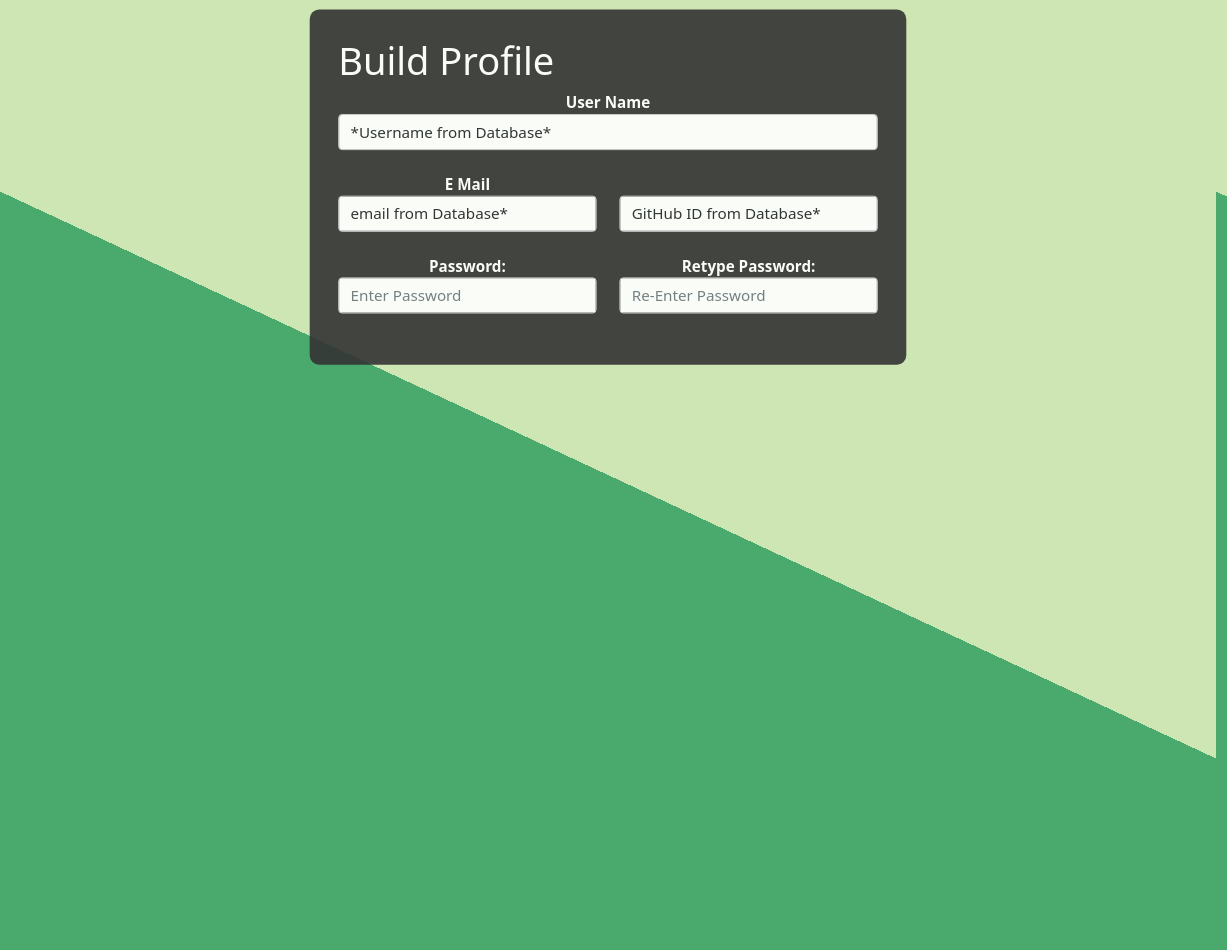
Repository: poornasyamasundar/Software-Project-Manager
Page: SoftwareManager/Templates/editprofile.html
An editor plug-in stored every save of this project. The page is shown before and after the next save, followed by the edit.
The browser window is 1280 px wide. The page is 1292 px wide, so the pictures cover 1292 px, including what lies to the right of the window. The pictures show the whole page, at 95% of full size.

Above is the page before, as saved 2021-11-15 13:01:11.

After the next save:
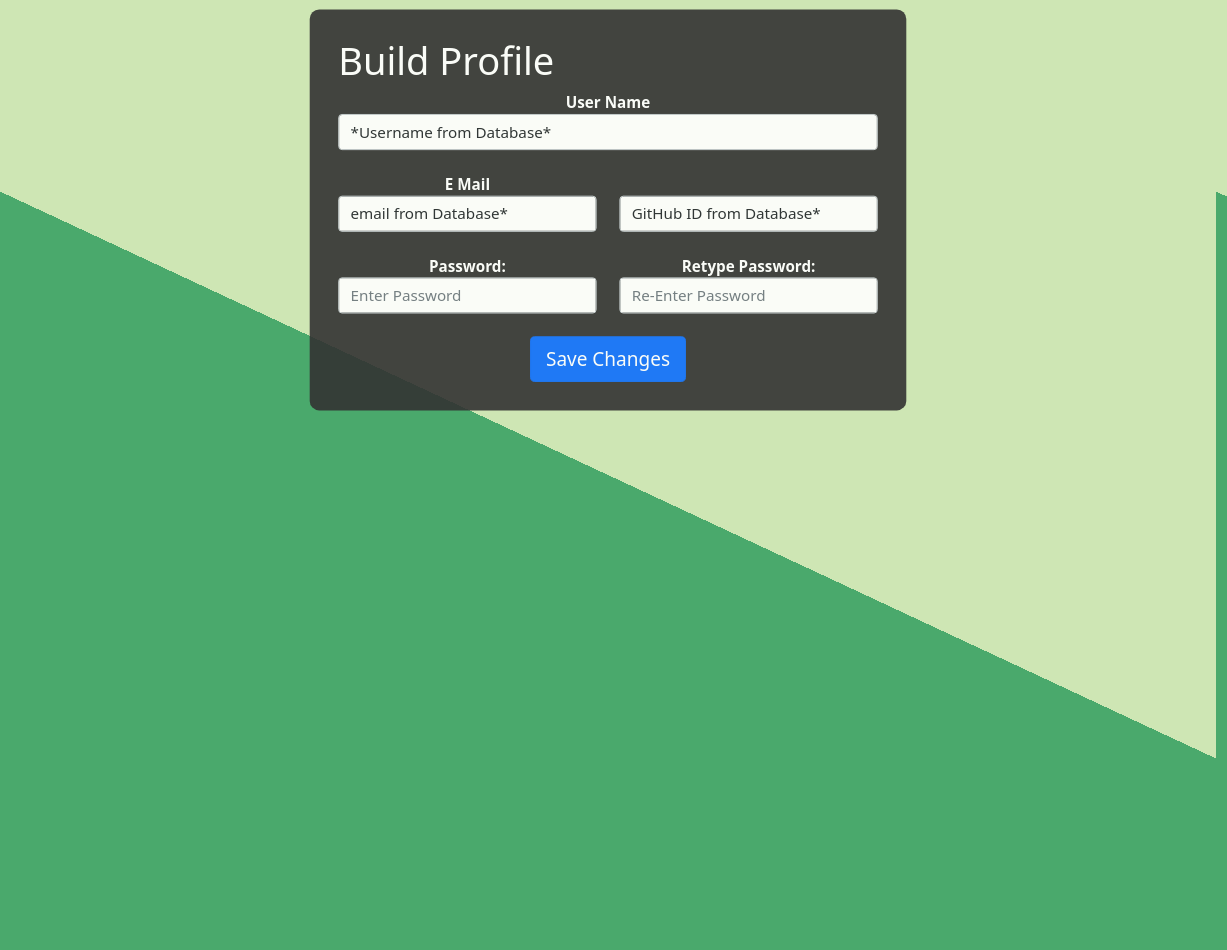
Saved 33 s later.
--- a/SoftwareManager/Templates/editprofile.html
+++ b/SoftwareManager/Templates/editprofile.html
@@ -65,7 +65,7 @@
                       </div>
                     </div>
                     <br>
-
+                    <input type="submit" name="submit" value="Save Changes" class="btn btn-primary btn-lg">
                   </form>
                 </div>
               </div>
